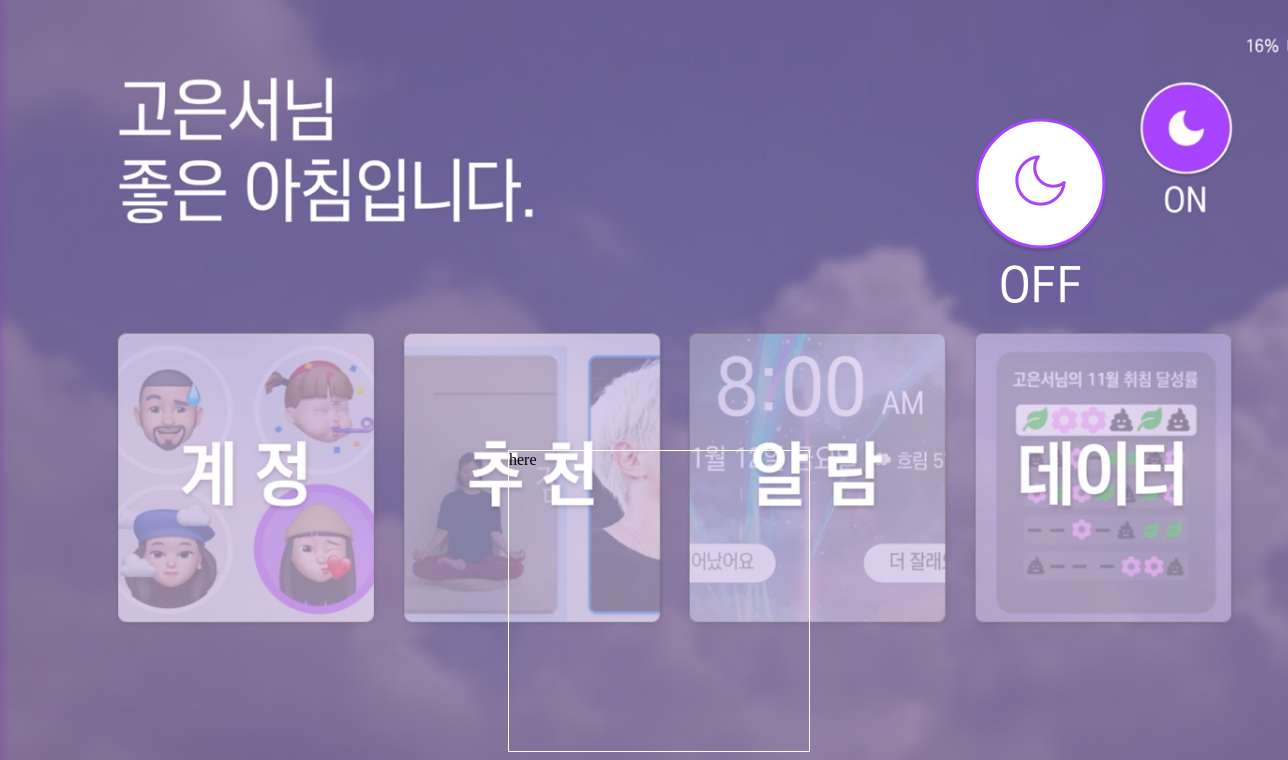
Repository: meanz1/SE_SleepWithMe
Page: SmartTVWorkspace/testapp/button.html
An editor plug-in stored every save of this project. The page is shown before and after the next save, followed by the edit.
The browser window is 1280 px wide. The page is 1288 px wide, so the pictures cover 1288 px, including what lies to the right of the window. The pictures show the whole page.

Above is the page before, as saved 2021-11-18 07:42:53.

After the next save:
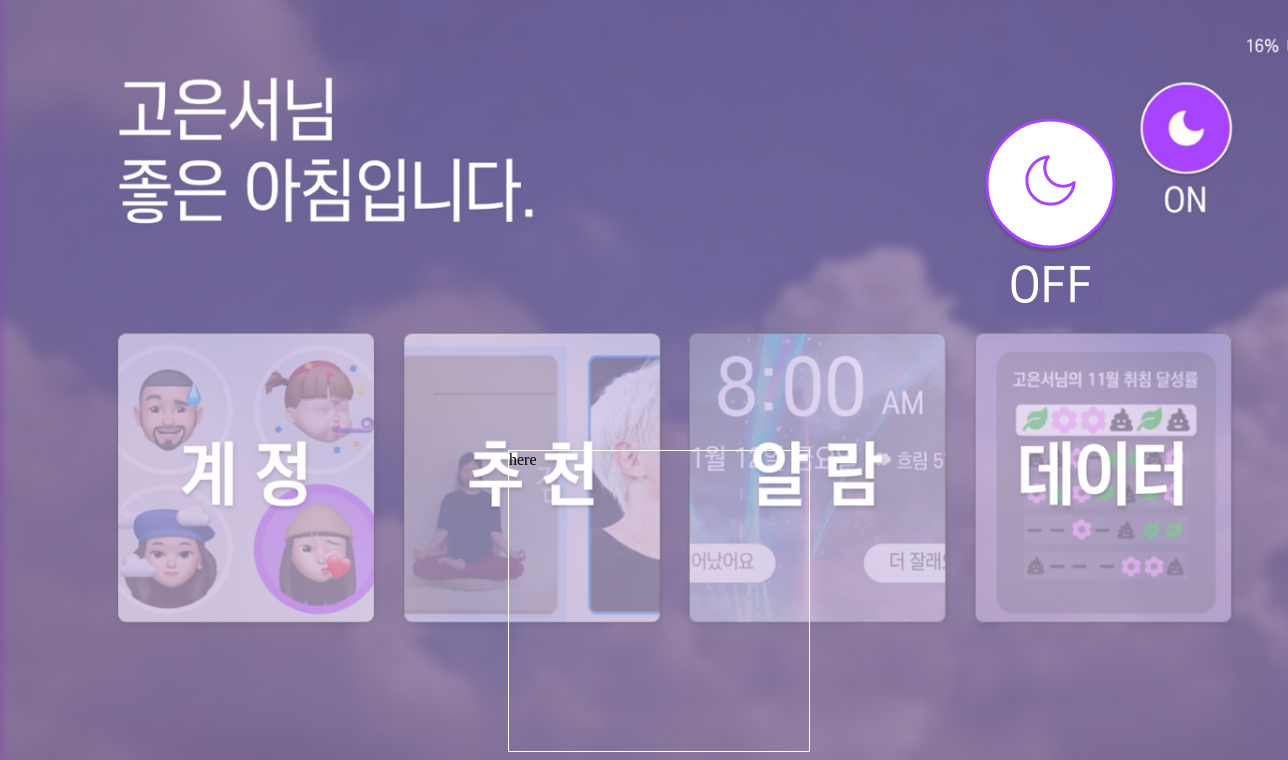
Saved 15 s later.
--- a/SmartTVWorkspace/testapp/button.html
+++ b/SmartTVWorkspace/testapp/button.html
@@ -19,7 +19,7 @@
     	float: right;
     	position: absolute;
     	top: 117px;
-    	right: 170px;
+    	right: 160px;
 
     }
     #cursor {
